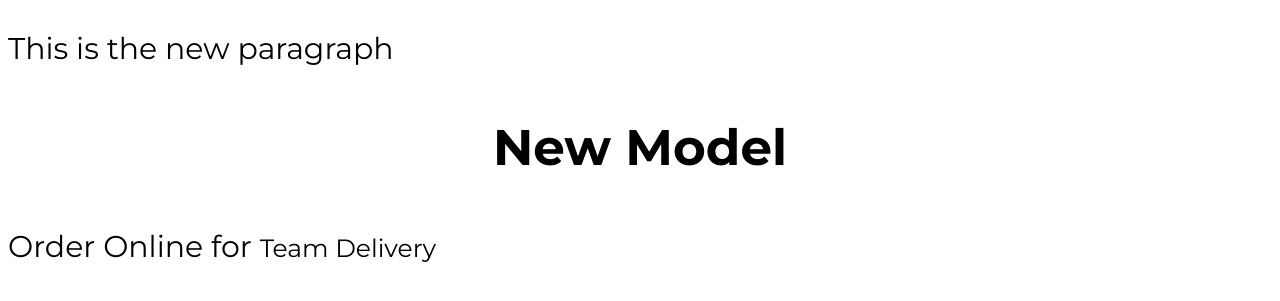
Repository: RagulRanjeeth/Frontend
Page: Correct.html
The author's editor kept a copy of each file at every save. The page is drawn from the files as they stood at one save, then again after the next save.
The browser window is 1280 px wide. The pictures show the whole page.

Above is the page before, as saved 2026-01-22 13:28:46.

### Correct.html
<!DOCTYPE html>
<html>
    <head>
        <title>This is the first webpage</title>
        <link rel="stylesheet" href="First.css">
        <link rel="preconnect" href="https://fonts.googleapis.com">
        <link rel="preconnect" href="https://fonts.gstatic.com" crossorigin>
        <link href="https://fonts.googleapis.com/css2?family=Montserrat:ital,wght@0,100..900;1,100..900&family=Roboto:ital,wght@0,100..900;1,100..900&display=swap" rel="stylesheet">
    </head>
    <body>
        <p>This is the new paragraph</p>

        <p class="NewMode">New Model</p>

        <p>Order Online for <span class="SpecialDec">Team Delivery</span></p>
    </body>
</html>

### First.css
p{
    font-family:Montserrat;
    font-size: 30px;
    font-style: normal;
}


.NewMode{
     font-family:Montserrat;
     text-align: center;
    font-size: 50px;
    font-weight: bold;
    margin-left:0px;
}

.SpecialDec{
    font-family: Montserrat;
    font-size: 25px;
    cursor:pointer;
}

.SpecialDec:hover{
    text-decoration:underline;
}

After the next save:
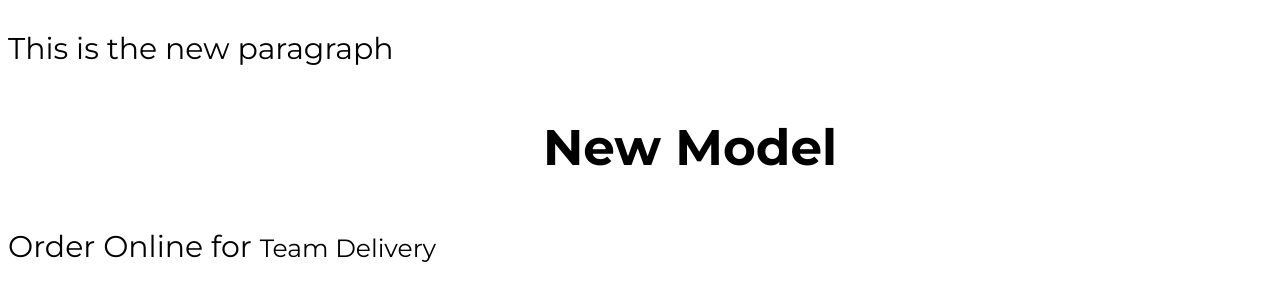
Saved 46 s later.
--- a/First.css
+++ b/First.css
@@ -10,7 +10,7 @@ p{
      text-align: center;
     font-size: 50px;
     font-weight: bold;
-    margin-left:0px;
+    margin-left:100px;
 }
 
 .SpecialDec{
